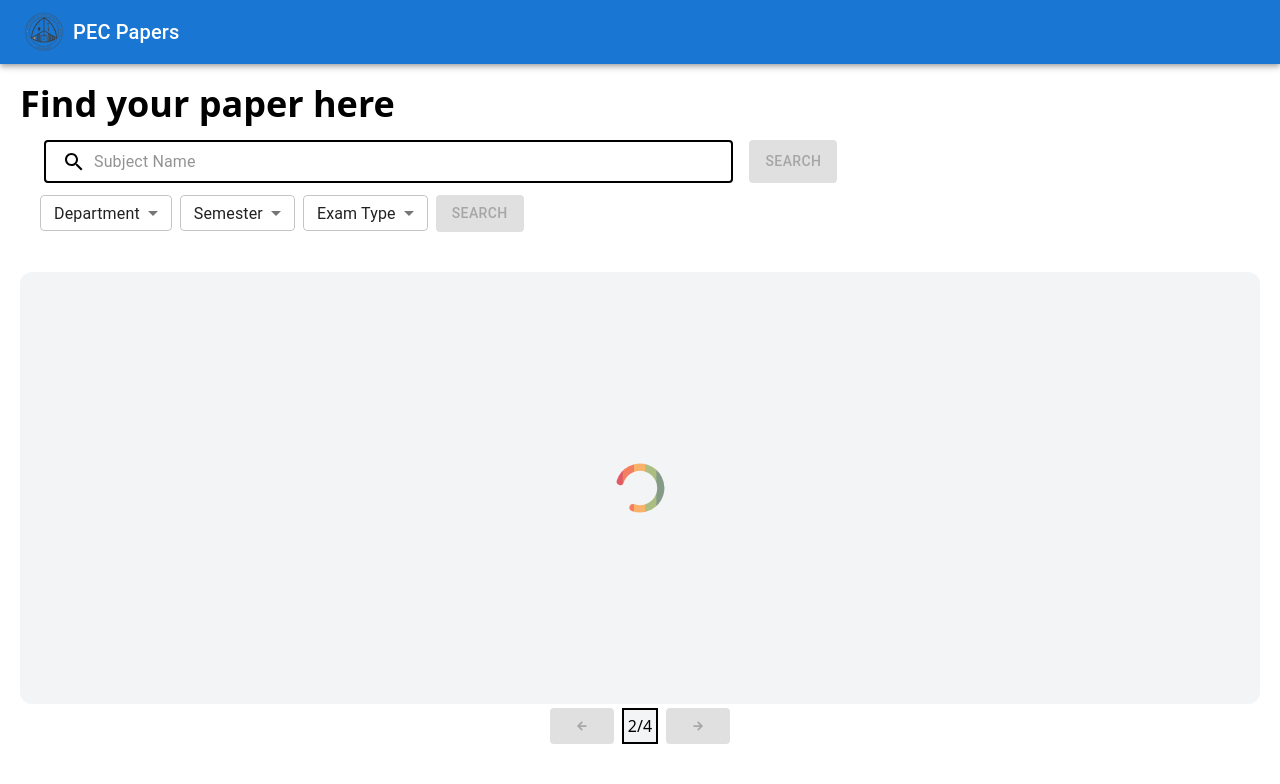
Repository: SUGAM-ARORA/pecpapers
Page: /browse (app in frontend/)
These files come from the project's save history. The page is drawn as it stood at one moment and after the next save; the edit follows.
The browser window is 1280 px wide. The pictures show the whole page.
The page's requests for data from a server got no answer. The project was rebuilt for these pictures with package versions that can differ from the ones it lists, and the page was loaded fresh each time. Some packages were replaced by stand-ins written for this rebuild. No one was signed in, and anything a server would have sent is missing. Also part of the build but not shown: frontend/vite.config.js, frontend/src/Components/AnimatedText.jsx, frontend/src/Components/Hero.jsx, frontend/src/Components/Footer.jsx, frontend/src/Components/Login.jsx, frontend/src/Components/PaperDisplay.jsx, frontend/src/Components/ProtectedRoute.jsx.

Above is the page before, as saved 2025-07-17 19:26:17.

### frontend/index.html
<!doctype html>
<html lang="en">
  <head>
    <meta charset="UTF-8" />
    <link rel="icon" type="image/svg+xml" href="/index.png" />
    <link rel="preconnect" href="https://fonts.googleapis.com" />
    <link rel="preconnect" href="https://fonts.gstatic.com" crossorigin />
    <link
      href="https://fonts.googleapis.com/css2?family=IBM+Plex+Serif:ital,wght@0,100;0,200;0,300;0,400;0,500;0,600;0,700;1,100;1,200;1,300;1,400;1,500;1,600;1,700&display=swap"
      rel="stylesheet"
    />
    <meta name="viewport" content="width=device-width, initial-scale=1.0" />
    <title>Pec Papers</title>

    <meta name="description" content="Download and Upload PEC previous year papers for all departments. Filter by subject, semester, and exam type. Get easy access to Punjab Engineering College exam archives.">
    <meta property="og:url" content="https://pecpapers-ufo6.vercel.app/">
    <meta property="og:title" content="Punjab Engineering College(PEC) Exam Papers Archive" />

    <meta name="google-adsense-account" content="ca-pub-1903859543209030">
  </head>
  <!-- Google tag (gtag.js) -->
  <script
    async
    src="https://www.googletagmanager.com/gtag/js?id=G-3FZX3TV10G"
  ></script>
  <script>
    window.dataLayer = window.dataLayer || [];
    function gtag() {
      dataLayer.push(arguments);
    }
    gtag("js", new Date());

    gtag("config", "G-3FZX3TV10G");
  </script>
  <body>
    <div id="root"></div>
    <script type="module" src="/src/main.jsx"></script>
  </body>
</html>

### frontend/src/main.jsx
import { StrictMode } from 'react'
import { createRoot } from 'react-dom/client'
import './index.css'
import App from './App.jsx'
import {createBrowserRouter, Navigate, RouterProvider, useNavigate} from 'react-router-dom'
import Login from './Components/Login.jsx'
import { ClerkProvider } from '@clerk/clerk-react'
import Browse from './Pages/Browse.jsx'
import Hero from './Components/Hero.jsx'
import { AppProvider } from './context/AppContext.jsx'
import ProtectedRoute from './Components/ProtectedRoute.jsx'

const router = createBrowserRouter([
  {
    path : '/',
    element : <App/>,
    children: [{
      path : '/browse',
      element: <Browse/>
    },
    {
      // path : '/',
      index:true,
      element : <Hero/>
    }
  ]
  },
  {
    path: '/login',
    element : <Login/>
  },
  {
    path: '/sso-callback',
    element: <Navigate to="/" replace />
  }
])

const PUBLISHABLE_KEY = import.meta.env.VITE_CLERK_PUBLISHABLE_KEY

if (!PUBLISHABLE_KEY) {
  throw new Error('Missing Publishable Key')
}

createRoot(document.getElementById('root')).render(
  <StrictMode>
    <AppProvider>
    <ClerkProvider publishableKey={PUBLISHABLE_KEY} frontendApt="https://sweeping-bobcat-34.clerk.accounts.dev" >
    <RouterProvider router={router}/>
    </ClerkProvider>
    </AppProvider>
  </StrictMode>,
)

### frontend/src/App.jsx
import React, { useEffect } from 'react'
import Navbar from './Components/Navbar'
import Hero from './Components/Hero'
import FormDialog from './Components/FormDialog';
import { Outlet, useNavigate } from 'react-router-dom';
import { useUser } from '@clerk/clerk-react';
import Footer from './Components/Footer';

const App = () => {

  // const {user,isLoaded,isSignedIn} = useUser()
  // const navigate = useNavigate();
  // console.log(user)

  // useEffect(()=>{
  //   if(isLoaded && !isSignedIn){
  //     navigate('/login')
  //   }
  // },[isLoaded,isSignedIn])

  return (

    <div className='flex flex-col'>
      <div>
        <Navbar />
      </div>
      <Outlet />
      <div className='flex flex-col items-center mt-5'>
        <FormDialog />
      </div>
      <div>
        {/* <Footer/> */}
      </div>
    </div>
  )
}

export default App

### frontend/src/Pages/Browse.jsx
import React, { useEffect, useState } from 'react'
import SearchIcon from '@mui/icons-material/Search';
import { styled, alpha } from '@mui/material/styles';
import InputBase from '@mui/material/InputBase';
import { Button, FormControl, Select, MenuItem } from '@mui/material';
import { departments, examType } from '../utils/constants';
import axios from 'axios';
import PaperDisplay from '../Components/PaperDisplay';
import { useUser } from '@clerk/clerk-react';
import {ColorRing} from 'react-loader-spinner'
import { IoMdArrowRoundBack } from "react-icons/io";
import { IoMdArrowRoundForward } from "react-icons/io";


const Search = styled('div')(({ theme }) => ({
  position: 'relative',
  borderRadius: theme.shape.borderRadius,
  backgroundColor: alpha(theme.palette.common.white, 0.15),
  '&:hover': {
    backgroundColor: alpha(theme.palette.common.white, 0.25),
  },
  marginRight: theme.spacing(2),
  marginLeft: 0,
  width: '100%',
  [theme.breakpoints.up('sm')]: {
    marginLeft: theme.spacing(3),
    width: 'auto',
  },
  border: 5,
  borderColor: 'black'
}));

const SearchIconWrapper = styled('div')(({ theme }) => ({
  padding: theme.spacing(0, 2),
  height: '100%',
  position: 'absolute',
  pointerEvents: 'none',
  display: 'flex',
  alignItems: 'center',
  justifyContent: 'center',
  border: 5,
  borderColor: 'black'
}));

const StyledInputBase = styled(InputBase)(({ theme }) => ({
  color: 'inherit',
  '& .MuiInputBase-input': {
    padding: theme.spacing(1, 1, 1, 0),
    // vertical padding + font size from searchIcon
    paddingLeft: `calc(1em + ${theme.spacing(4)})`,
    transition: theme.transitions.create('width'),
    width: '100%',
    [theme.breakpoints.up('md')]: {
      width: '70ch',
    },
    border: 5,
    borderColor: 'black'
  },
}));

const Browse = () => {

  const { isSignedIn } = useUser()
  const [loading, setLoading] = useState(false)

  const [searchValue, setSearchValue] = useState('');
  const semesters = [1, 2, 3, 4, 5, 6, 7, 8]
  const [department, setDepartment] = React.useState('')
  const [exam, setExam] = React.useState('')
  const [sem, setSem] = React.useState('')

  const [papersToDisplay, setPapersToDisplay] = useState(null);
  const [papersFetched, setPapersFetched] = useState(null);

  const BACKEND_URL = import.meta.env.VITE_BACKEND_URL

  const getAllPapers = async () => {
    setLoading(true)
    const response = await axios.get(`${BACKEND_URL}/getallpapers/`)
    setPapersFetched(response.data);
    // console.log(response.data)
    setLoading(false)
    return { data: response.data }
  }

  const getConnectionStatus = async ()=>{
    setLoading(true)
    const response = await axios.get(`${BACKEND_URL}/healthz/`)
    setLoading(false)
    console.log(response.data)
    return response.data;
  }

  const getFilteredPapers = async ()=>{
    try {
      setLoading(true)
      const response = await axios.get(`${BACKEND_URL}/papersOnFilterOrSearch?subjectName=${searchValue}&semester=${sem}&department=${department}&examType=${exam}`)
      console.log(response.data)
      setPapersFetched(response.data.data)
      setPapersToDisplay(response.data.data)
      setLoading(false)
    } catch (error) {
      setLoading(false)
      console.log(error)
    }
  }

  useEffect(() => {

    try {
      // if(isSignedIn){
      //   getAllPapers()
      // }
      // getAllPapers()
      getConnectionStatus()
    } catch (error) {
      console.log(error)
    }
  }, [BACKEND_URL, isSignedIn])

  const handleSearch = async () => {
    if (!papersFetched) {
      //api calling


    } else {
      // actions on papersfetched
      setLoading(true)
      const filter = papersFetched.filter(paper =>
        paper.subjectName.toLowerCase().includes(searchValue.toLowerCase()) ||
        paper.department.toLowerCase().includes(searchValue.toLowerCase()) ||
        paper.examType.toLowerCase().includes(searchValue.toLowerCase()) ||
        paper.semester.toLowerCase().includes(searchValue.toLowerCase())
      )
      setPapersToDisplay(filter)
      setLoading(false)
      // console.log(filter)
      return;
    }

  }

  const handleFilter = async () => {
    if (!papersFetched) {
      //api calling
    } else {
      // actions on papers fetched

      setLoading(true)
      const filter = papersFetched.filter(paper =>
        paper.department.toLowerCase().includes(department.toLowerCase()) &&
        paper.examType.toLowerCase().includes(exam.toLowerCase()) &&
        paper.semester.includes(sem)
      )
      setPapersToDisplay(filter)
      setLoading(false)
      // console.log(filter)
      return
    }
  }

  return (
    <div className='flex flex-col m-5'>
      <span className='text-4xl font-semibold'>Find your paper here</span>

      <div id='search' className='flex flex-row mt-4 '>
        <Search sx={{
          border: 2,
          borderColor: 'black',
        }}
        >
          <SearchIconWrapper>
            <SearchIcon />
          </SearchIconWrapper>
          <StyledInputBase
            placeholder="Subject Name"
            inputProps={{ 'aria-label': 'search' }}
            value={searchValue}
            onChange={(e) => setSearchValue(e.target.value)}
          />
        </Search>
        <Button variant='contained' onClick={getFilteredPapers} disabled={loading}>Search</Button>
      </div>

      <form id='filters' className=' mt-3 flex flex-row gap-2 ml-5' onSubmit={handleFilter}>
        <FormControl>
          <Select
            labelId="department"
            aria-placeholder='Department'
            id="department"
            value={department}
            onChange={(e) => setDepartment(e.target.value)}
            sx={{
              width: 'vh',
              height: '5vh',
              overflow: 'scroll'
            }}
            placeholder='Department'
            displayEmpty
          >
            <MenuItem value="" disabled>
              Department
            </MenuItem>
            {departments.map((department) => <MenuItem value={department.dept}>{department.dept}</MenuItem>)}
          </Select>
        </FormControl>

        <FormControl>
          <Select
            labelId="semester"
            aria-placeholder='Semester'
            id="semester"
            value={sem}
            onChange={(e) => setSem(e.target.value)}
            sx={{
              width: 'vh',
              height: '5vh',
              overflow: 'scroll'
            }}
            placeholder='Semester'
            displayEmpty
          >
            <MenuItem value="" disabled>
              Semester
            </MenuItem>
            {semesters.map((semester) => <MenuItem value={semester}>{semester}</MenuItem>)}
          </Select>

        </FormControl>

        <FormControl>
          <Select
            labelId="examType"
            aria-placeholder='Exam-Type'
            id="examType"
            value={exam}
            onChange={(e) => setExam(e.target.value)}
            sx={{
              width: 'vh',
              height: '5vh',
              overflow: 'scroll'
            }}
            placeholder='Exam Type'
            displayEmpty
          >
            <MenuItem value="" disabled>
              Exam Type
            </MenuItem>
            {examType.map((exam,index) => <MenuItem value={exam.type} key={index}>{exam.type}</MenuItem>)}
          </Select>
        </FormControl>

        <Button variant='contained' onClick={getFilteredPapers} disabled={loading}>Search</Button>
      </form>


      <div className='mt-10 rounded-xl p-2 bg-gray-100 h-[60vh] overflow-scroll'>
        {loading ?  <div className='h-full flex flex-col justify-center items-center'>
          <ColorRing
          visible={true}
          width="100"
          colors={['#e15b64', '#f47e60', '#f8b26a', '#abbd81', '#849b87']}
          ariaLabel="infinity-spin-loading"/>
        </div> : <></>}
        <div className={`${loading ? 'hidden' : ''}`}>
          {papersToDisplay ? <div className='flex flex-col gap-2'>
            {papersToDisplay.map((paper) => <PaperDisplay paper={paper} key={paper.id} />)}
          </div> : <span className='text-gray-400 text-5xl'>Papers displayed here</span>}
        </div>

      </div>
      <div className=' w-full mt-1 flex items-center justify-center'>
        <div className='flex flex-row gap-2'>
          <Button variant='contained' onClick={getFilteredPapers} disabled={loading}>
            <IoMdArrowRoundBack/>
          </Button>
          <span className='border-2 border-black bg-gray-100 p-1'>2/4</span>
           <Button variant='contained' onClick={getFilteredPapers} disabled={loading}>
            <IoMdArrowRoundForward/>
           </Button>
        </div>
      </div>
    </div>
  )
}

export default Browse

### frontend/src/context/AppContext.jsx
import { createContext, useState } from "react";

export const AppContext = createContext();

export const AppProvider = ({ children }) => {
  const [open, setOpen] = useState(false); // Example: global user state

  return (
    <AppContext.Provider value={{ open, setOpen }}>
      {children}
    </AppContext.Provider>
  );
};

### frontend/src/Components/Navbar.jsx
import * as React from 'react';
import AppBar from '@mui/material/AppBar';
import Box from '@mui/material/Box';
import Toolbar from '@mui/material/Toolbar';
import IconButton from '@mui/material/IconButton';
import Typography from '@mui/material/Typography';
import InputBase from '@mui/material/InputBase';
import Badge from '@mui/material/Badge';
import MenuItem from '@mui/material/MenuItem';
import Menu from '@mui/material/Menu';
import AccountCircle from '@mui/icons-material/AccountCircle';
import MailIcon from '@mui/icons-material/Mail';
import NotificationsIcon from '@mui/icons-material/Notifications';
import MoreIcon from '@mui/icons-material/MoreVert';
import logo from '../assets/image.png'
import { UserButton } from '@clerk/clerk-react';
import { useNavigate } from 'react-router-dom';


export default function Navbar() {
  // const [anchorEl, setAnchorEl] = React.useState(null)
  // const [mobileMoreAnchorEl, setMobileMoreAnchorEl] = React.useState(null)
  const navigate = useNavigate();


  const handleHomepageNavigation = async ()=>{
    navigate('/')
  }


  return (
    <Box sx={{ flexGrow: 1 }}>
      <AppBar position="static">
        <Toolbar>
          <img src={logo} alt='pec logo' className='h-10 w-10' onClick={handleHomepageNavigation}/>
          <Typography
            variant="h6"
            noWrap
            component="div"
            sx={{ display: { xs: 'none', sm: 'block',marginLeft:'9px' } }}
            onClick={handleHomepageNavigation}
          >
            PEC Papers
          </Typography>

          <Box sx={{ flexGrow: 1 }} />
          <Box sx={{ display: { xs: 'none', md: 'flex' } }}>

            <UserButton/>
          </Box>
          <Box sx={{ display: { xs: 'flex', md: 'none' } }}>

             <UserButton/>

          </Box>
        </Toolbar>
      </AppBar>

    </Box>
  );
}

### frontend/src/Components/FormDialog.jsx
import * as React from 'react';
import Button from '@mui/material/Button';
import TextField from '@mui/material/TextField';
import Dialog from '@mui/material/Dialog';
import DialogActions from '@mui/material/DialogActions';
import { FormControl, Typography, InputLabel, Select, MenuItem } from '@mui/material';
import { departments, examType } from '../utils/constants';
import axios from 'axios'
import { InfinitySpin } from 'react-loader-spinner'
import { AppContext } from '../context/AppContext';
import Toast from './Toast';

export default function FormDialog() {
  const { open, setOpen } = React.useContext(AppContext)
  const [loading, setLoading] = React.useState(false)
  const [files, setFiles] = React.useState('')

  const semesters = [1, 2, 3, 4, 5, 6, 7, 8]

  const [department, setDepartment] = React.useState('')
  const [exam, setExam] = React.useState('')
  const [sem, setSem] = React.useState('')

  const CLOUDINARY_URL = import.meta.env.VITE_APP_CLOUDINARY_URL
  const UPLOAD_PRESET = import.meta.env.VITE_APP_UPLOAD_PRESET
  const CLOUD_NAME = import.meta.env.VITE_APP_CLOUD_NAME
  const BACKEND_URL = import.meta.env.VITE_BACKEND_URL

  const [opentoast, setOpenToast] = React.useState(false)

  const handleFileChange = (e) => {
    const filename = e.target.files;
    if (filename) {
      setFiles(filename)
    }
  }

  const uploadImages = async (files) => {
    const uploadPromises = Array.from(files).map(file => {
      const formData = new FormData();
      formData.append("file", file);
      formData.append("upload_preset", UPLOAD_PRESET);
      formData.append("cloud_name", CLOUD_NAME);
      return axios.post(CLOUDINARY_URL, formData);
    });

    try {
      const responses = await Promise.all(uploadPromises);
      const urlList = responses.map(res => res.data.secure_url);
      console.log(urlList.length + " images uploaded");
      return urlList;
    }
    catch (error) {
      console.error("Cloudinary image uploads failed:", error);
      throw error;
    }
  };

  const uploadPaperDetails = async(e, urlList) => {
    try {
      const paperDetails = {
        department: e.target[0].value,
        cloudUrl: urlList,
        examType: e.target[2].value,
        semester: e.target[4].value,
        subjectName: e.target[6].value,
        comments: e.target[9].value
      }

      const dataRes = await axios.post(`${BACKEND_URL}/upload-paper/`, { data: paperDetails })
      console.log("Paper details uploaded successfully");
    }
    catch (error) {
      console.error("Paper details upload failed", error);
    }
  }

  const handleSubmit = async (e) => {
    e.preventDefault();
    setLoading(true)

    const urlList = await uploadImages(files);
    await uploadPaperDetails(e, urlList);

    e.target.reset()
    setDepartment('')
    setExam('')
    setSem('')
    setLoading(false)
    setOpen(false)
    setOpenToast(true)
  }

  const handleClose = () => {
    setOpen(false);
  };

  const handleUpload = async () => {

  }

  return (
    <>
      <Dialog
        open={open}
        onClose={handleClose}
      >
        <form className='flex flex-col gap-5 m-5 ' onSubmit={handleSubmit}>
          <FormControl>
            <Typography fontSize={25} >Upload a Paper</Typography>
            <div >
              <Typography>Department</Typography>
              <Select
                required="true"
                labelId="department"
                aria-placeholder='Department'
                id="department"
                value={department}
                onChange={(e) => setDepartment(e.target.value)}
                sx={{
                  width: '50vh',
                  height: '5vh',
                  overflow: 'scroll'
                }}
              >
                {departments.map((department) => <MenuItem value={department.dept}>{department.dept}</MenuItem>)}
              </Select>
            </div>
          </FormControl>

          <FormControl>
            <div>
              <Typography>Exam Type</Typography>
              <Select
                required="true"
                labelId="Exam-type"
                aria-placeholder='Exam Type'
                id="exam-type"
                sx={{
                  width: '50vh',
                  height: '5vh',
                  overflow: 'scroll'
                }}
                value={exam}
                onChange={(e) => setExam(e.target.value)}
              >
                {examType.map((type) => <MenuItem value={type.type}>{type.type}</MenuItem>)}
              </Select>
            </div>
          </FormControl>

          <FormControl>
            <div>
              <Typography>Semester</Typography>
              <Select
                required="true"
                labelId="Semester"
                aria-placeholder='Semester'
                id="exam-type"
                sx={{
                  width: '50vh',
                  height: '5vh',
                  overflow: 'scroll'
                }}
                value={sem}
                onChange={(e) => setSem(e.target.value)}
              >
                {semesters.map((sem) => <MenuItem value={sem}>{sem}</MenuItem>)}
              </Select>
            </div>
          </FormControl>

          <FormControl>
            <div>
              <Typography>Subject Name</Typography>
              <TextField
                sx={{ width: '50vh', height: '5vh' }}
                required="true"
              >
              </TextField>
            </div>
          </FormControl>

          <FormControl>
            <div>
              <Typography>Upload Paper <span className='text-xs'>(only img format e.g. jpg,png,jpeg etc.)</span></Typography>
              <input
                accept='image/*'
                id='upload-image'
                type='file'
                multiple='true'
                onChange={handleFileChange}
                required="true"
              />
            </div>
          </FormControl>
          <FormControl>
            <div>
              <Typography>Review or Comments</Typography>
              <TextField sx={{
                width: '50vh',
                height: '5vh'
              }}></TextField>
            </div>
          </FormControl>
          {loading && <InfinitySpin
            visible={true}
            width="100"
            color="#4fa94d"
            ariaLabel="infinity-spin-loading" />}

          <DialogActions>
            <Button onClick={handleClose}>Cancel</Button>
            <Button type="submit" variant='contained' onClick={handleUpload}>Upload</Button>
          </DialogActions>
        </form>
      </Dialog>
      <Toast opentoast={opentoast} setOpenToast={setOpenToast} message="Paper Upload" />
    </>
  );
}

### frontend/src/utils/constants.js
export const departments = [
    // ece:
    {
        'dept' : 'ECE'
    },
    // cse:
    {
        'dept' : 'CSE'
    },
    // ee:
    {
        'dept': 'EE'
    },
    // ds:
    {
        'dept' : 'CSE-DS'
    },
    // ai:
    {
        'dept' : 'CSE-AI'
    },
    // mech:
    {
        'dept' : 'MECH'
    },
    // civil:
    {
        'dept' : 'CIVIL'
    },
    // aero:
    {
        'dept': 'AERO'
    },
    // meta:
    {
        'dept' : 'META'
    },
    // prod:
    {
        'dept' : 'PROD'
    },
    // hsm:
    {
        'dept' : 'HSM'
    },
    // physics:
    {
        'dept' : 'PHYSICS'
    },
    // maths:
    {
        'dept' : "MATHS"
    },
    // chem:
    {
        'dept' : 'CHEMISTRY'
    },
    // bdes:
    {
        'dept' : 'B-DES'
    }
]

export const examType = [
    {
        'type' : 'MID-SEM'
    },
    {
        'type' : 'END-SEM'
    }
]

### frontend/src/Components/Toast.jsx
import * as React from 'react';
import Button from '@mui/material/Button';
import Snackbar from '@mui/material/Snackbar';
import IconButton from '@mui/material/IconButton';
import CloseIcon from '@mui/icons-material/Close';

export default function Toast({message,openToast,setOpenToast}) {
//   const [open, setOpen] = React.useState(false);



  const handleClose = (
    event,
    reason,
  ) => {
    if (reason === 'clickaway') {
      return;
    }

    setOpenToast(false);
  };

  const action = (
    <React.Fragment>
      <IconButton
        size="small"
        aria-label="close"
        color="inherit"
        onClick={handleClose}
      >
        <CloseIcon fontSize="small" />
      </IconButton>
    </React.Fragment>
  );

  return (
    <div>

      <Snackbar
        open={openToast}
        autoHideDuration={6000}
        onClose={handleClose}
        message={message}
        action={action}
      />
    </div>
  );
}

Loaded but not shown: frontend/src/index.css (common file); frontend/tailwind.config.js (common file)

After the next save:
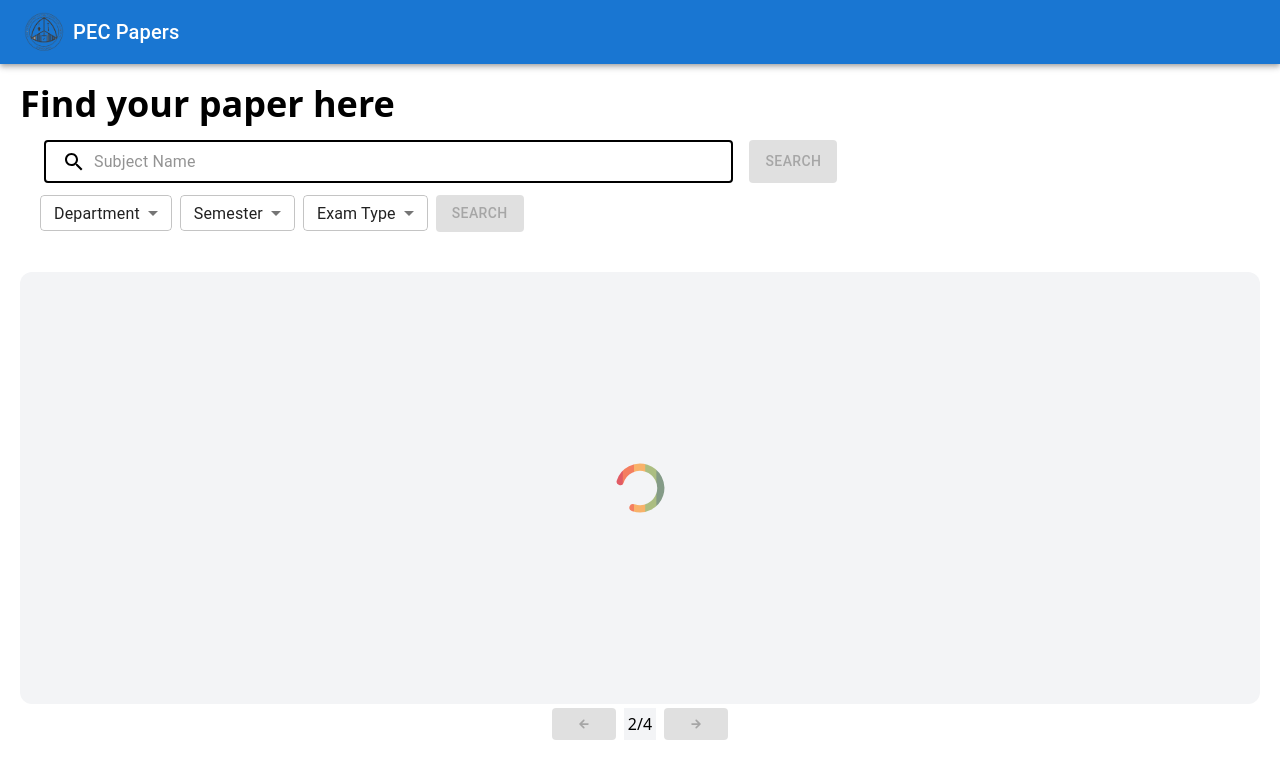
Saved 10 s later.
--- a/frontend/src/Pages/Browse.jsx
+++ b/frontend/src/Pages/Browse.jsx
@@ -274,7 +274,7 @@ const Browse = () => {
           <Button variant='contained' onClick={getFilteredPapers} disabled={loading}>
             <IoMdArrowRoundBack/>
           </Button>
-          <span className='border-2 border-black bg-gray-100 p-1'>2/4</span>
+          <span className=' bg-gray-100 p-1'>2/4</span>
            <Button variant='contained' onClick={getFilteredPapers} disabled={loading}>
             <IoMdArrowRoundForward/>
            </Button>
